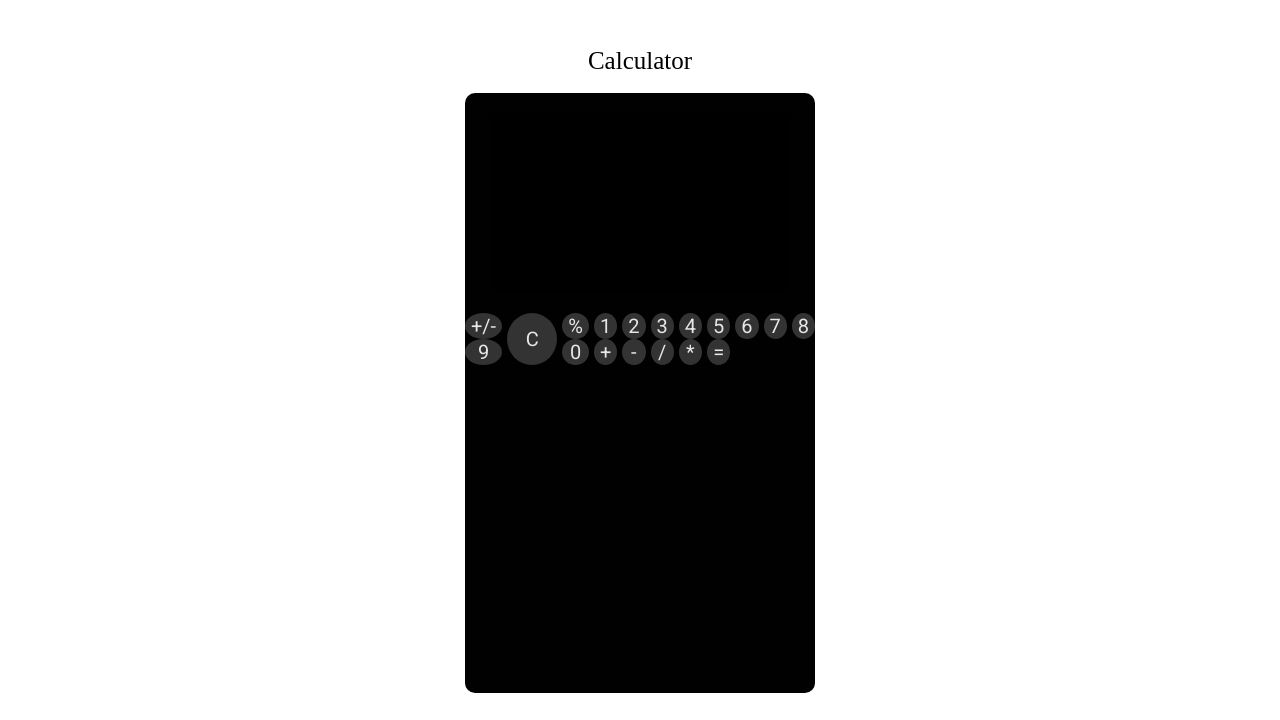
Repository: Gibon9/SimpleCalc
Page: index.html
These files come from the project's save history. The page is drawn as it stood at one moment and after the next save; the edit follows.
The browser window is 1280 px wide. The pictures show the whole page.
Some web fonts or font styles are not loaded; a fallback is used.

Above is the page before, as saved 2020-11-27 19:02:54.

After the next save:
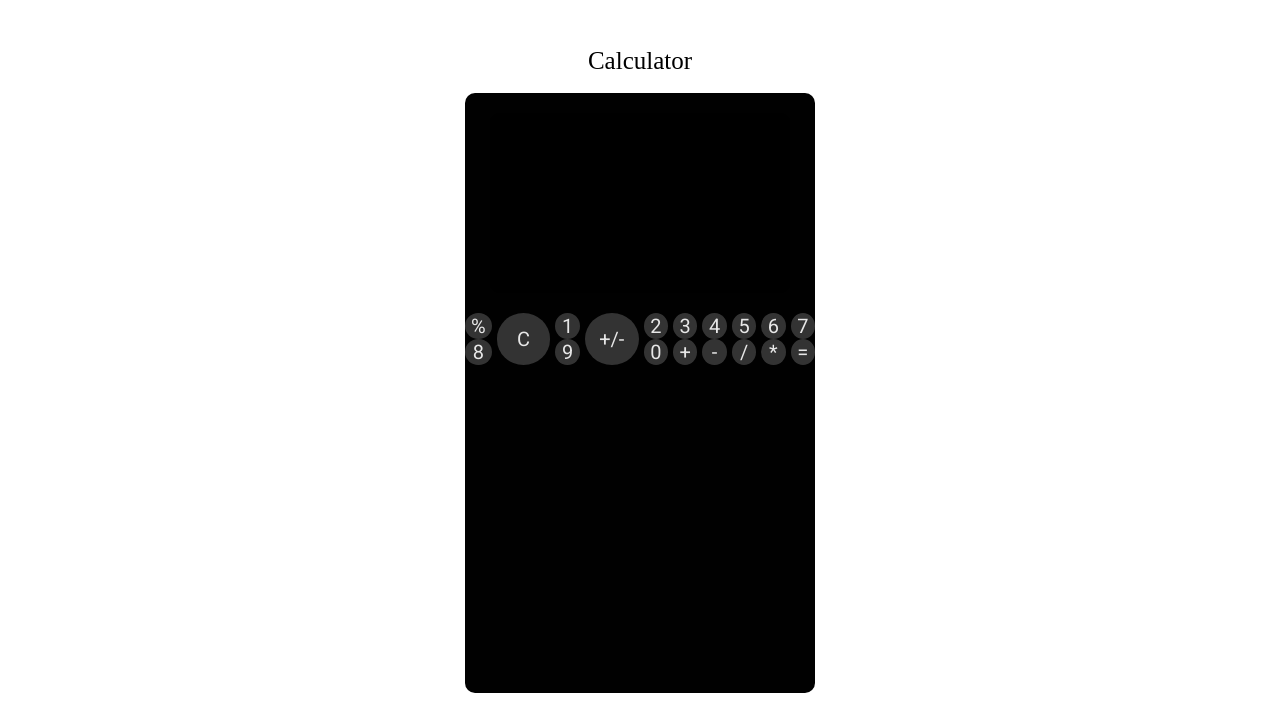
Saved 75 s later.
--- a/style/style.css
+++ b/style/style.css
@@ -68,3 +68,8 @@
   grid-column: 2/4;
   grid-row: 1/3;
 }
+
+.plus-minus-btn {
+  grid-column: 5/7;
+  grid-row: 1/3;
+}
